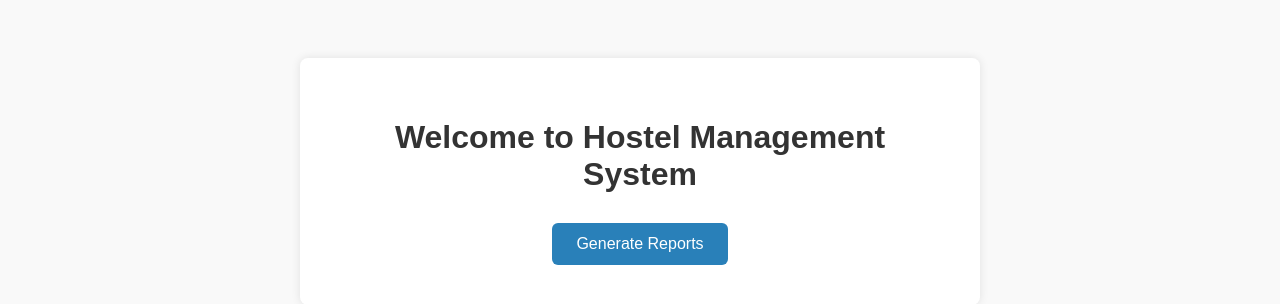
Repository: Adhyashetty-bit/Hostel-Management-System
Page: http://localhost/HostelWebApp/report_form.jsp
An editor plug-in stored every save of this project. The page is shown before and after the next save, followed by the edit.
The browser window is 1280 px wide. The pictures show the whole page.
The page is served by Tomcat 9. Other server files are loaded and not shown.

Above is the page before, as saved 2025-05-27 08:26:14.

### HostelWebApp/src/main/webapp/report_form.jsp
<%@ page contentType="text/html;charset=UTF-8" language="java" %>
<!DOCTYPE html>
<html>
<head>
    <title>Hostel Management System - Home</title>
    <style>
        body {
            font-family: Arial, sans-serif;
            background: #f9f9f9;
            padding: 50px;
        }

        .container {
            max-width: 600px;
            margin: auto;
            background: #fff;
            padding: 40px;
            text-align: center;
            box-shadow: 0 0 10px rgba(0,0,0,0.1);
            border-radius: 8px;
        }

        h1 {
            color: #333;
            margin-bottom: 30px;
        }

        a.button {
            display: inline-block;
            padding: 12px 24px;
            background-color: #2980b9;
            color: white;
            text-decoration: none;
            font-size: 16px;
            border-radius: 6px;
        }

        a.button:hover {
            background-color: #1f618d;
        }
    </style>
</head>
<body>
<div class="container">
    <h1>Welcome to Hostel Management System</h1>
    <a href="report.jsp" class="button">Generate Reports</a>
</div>
</body>
</html>

After the next save:
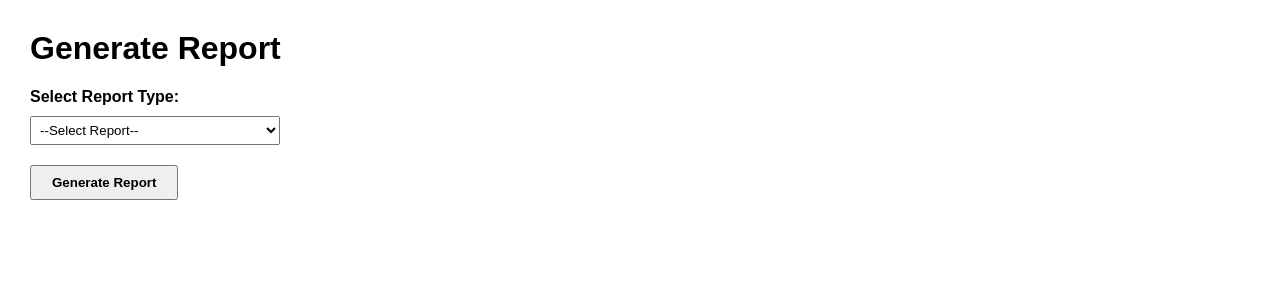
Saved 14 s later.
--- a/HostelWebApp/src/main/webapp/report_form.jsp
+++ b/HostelWebApp/src/main/webapp/report_form.jsp
@@ -1,49 +1,67 @@
-<%@ page contentType="text/html;charset=UTF-8" language="java" %>
+<%@ taglib uri="http://java.sun.com/jsp/jstl/core" prefix="c" %>
 <!DOCTYPE html>
 <html>
 <head>
-    <title>Hostel Management System - Home</title>
+    <title>Generate Report</title>
     <style>
         body {
             font-family: Arial, sans-serif;
-            background: #f9f9f9;
-            padding: 50px;
+            margin: 30px;
+        }
+        label {
+            font-weight: bold;
+        }
+        select, input[type="text"], input[type="date"] {
+            padding: 5px;
+            margin: 10px 0 20px 0;
+            width: 250px;
+        }
+        input[type="submit"] {
+            padding: 8px 20px;
+            font-weight: bold;
+            cursor: pointer;
+        }
+        .hidden {
+            display: none;
+        }
+    </style>
+    <script>
+        function toggleFields() {
+            const type = document.getElementById("reportType").value;
+            document.getElementById("roomSection").style.display = (type === "roomNumber") ? "block" : "none";
+            document.getElementById("dateSection").style.display = (type === "admissionDate") ? "block" : "none";
         }
 
-        .container {
-            max-width: 600px;
-            margin: auto;
-            background: #fff;
-            padding: 40px;
-            text-align: center;
-            box-shadow: 0 0 10px rgba(0,0,0,0.1);
-            border-radius: 8px;
-        }
-
-        h1 {
-            color: #333;
-            margin-bottom: 30px;
-        }
-
-        a.button {
-            display: inline-block;
-            padding: 12px 24px;
-            background-color: #2980b9;
-            color: white;
-            text-decoration: none;
-            font-size: 16px;
-            border-radius: 6px;
-        }
-
-        a.button:hover {
-            background-color: #1f618d;
-        }
-    </style>
+        window.onload = toggleFields;
+    </script>
 </head>
 <body>
-<div class="container">
-    <h1>Welcome to Hostel Management System</h1>
-    <a href="report.jsp" class="button">Generate Reports</a>
-</div>
+    <h1>Generate Report</h1>
+
+    <form action="ReportServlet" method="get">
+        <label for="reportType">Select Report Type:</label><br/>
+        <select id="reportType" name="reportType" onchange="toggleFields()" required>
+            <option value="">--Select Report--</option>
+            <option value="pendingFees">Students with Pending Fees</option>
+            <option value="roomNumber">Students by Room Number</option>
+            <option value="admissionDate">Students by Admission Date Range</option>
+        </select>
+
+        <div id="roomSection" style="display:none;">
+            <label for="roomNumber">Room Number:</label><br/>
+            <input type="text" id="roomNumber" name="roomNumber" placeholder="Enter room number" />
+        </div>
+
+        <div id="dateSection" style="display:none;">
+            <label for="startDate">Start Date:</label><br/>
+            <input type="date" id="startDate" name="startDate" /><br/>
+
+            <label for="endDate">End Date:</label><br/>
+            <input type="date" id="endDate" name="endDate" />
+        </div>
+
+        <br/>
+        <input type="submit" value="Generate Report" />
+    </form>
 </body>
 </html>
